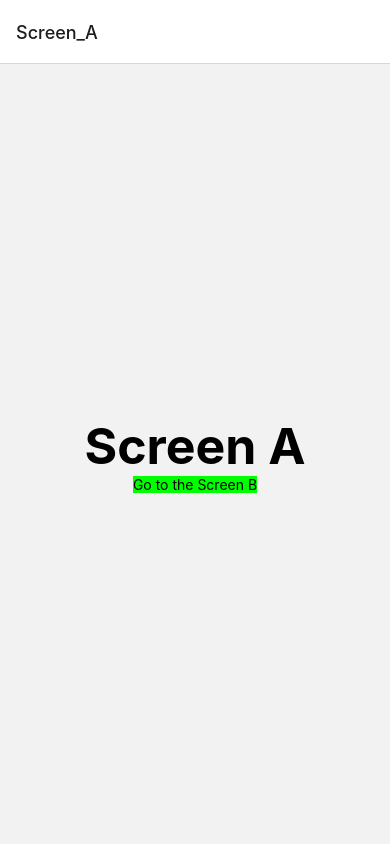
Repository: ntu34543/Navigation
Screen: /
An editor plug-in stored every save of this project. The screen is shown before and after a run of saves, followed by the edit.
The app was drawn by React Native's web renderer in a window 390 px wide. The project was rebuilt for these pictures with package versions that can differ from the ones it lists, and the page was loaded fresh each time.

Above is the screen before, as saved 2022-09-18 16:57:55.

### App.js
import { StatusBar } from "expo-status-bar";
import { StyleSheet, Text, View, Pressable } from "react-native";
import { NavigationContainer } from "@react-navigation/native";
import { createStackNavigator } from "@react-navigation/stack";

const Stack = createStackNavigator();

function ScreenA({ navigation }) {
  const onPressHandler = () => {
    navigation.navigate("Screen_B");
  };
  return (
    <View style={styles.body}>
      <Text style={styles.text}>Screen A</Text>
      <Pressable
        onPress={onPressHandler}
        style={({ pressed }) => ({
          backgroundColor: pressed ? "#ddd" : "#0f0",
        })}
      >
        <Text>Go to the Screen B</Text>
      </Pressable>
    </View>
  );
}

function ScreenB() {
  return (
    <View style={styles.body}>
      <Text style={styles.text}>Screen B</Text>
    </View>
  );
}

export default function App() {
  return (
    <NavigationContainer>
      <Stack.Navigator>
        <Stack.Screen name="Screen_A" component={ScreenA} />
        <Stack.Screen name="Screen_B" component={ScreenB} />
      </Stack.Navigator>
    </NavigationContainer>
  );
}

const styles = StyleSheet.create({
  body: {
    flex: 1,
    justifyContent: "center",
    alignItems: "center",
  },
  text: {
    fontSize: 50,
    fontWeight: "bold",
  },
});

After the next 7 saves:
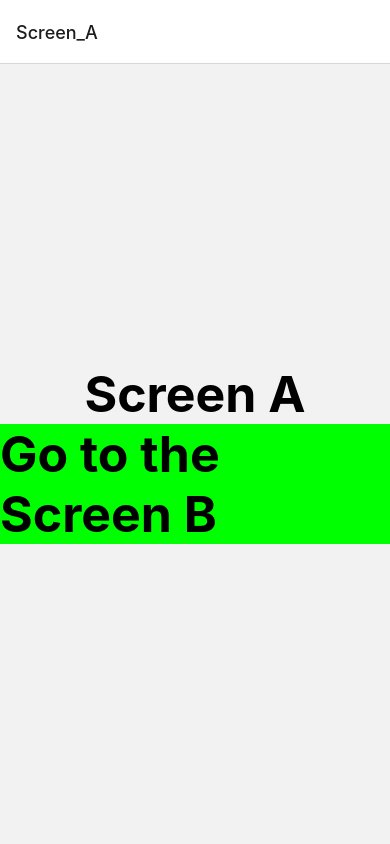
The 7 saves are shown as one change because 1 did not build or start and some came seconds apart.
The last was saved 43 s later.
--- a/App.js
+++ b/App.js
@@ -18,7 +18,7 @@ function ScreenA({ navigation }) {
           backgroundColor: pressed ? "#ddd" : "#0f0",
         })}
       >
-        <Text>Go to the Screen B</Text>
+        <Text style={styles.text}>Go to the Screen B</Text>
       </Pressable>
     </View>
   );
